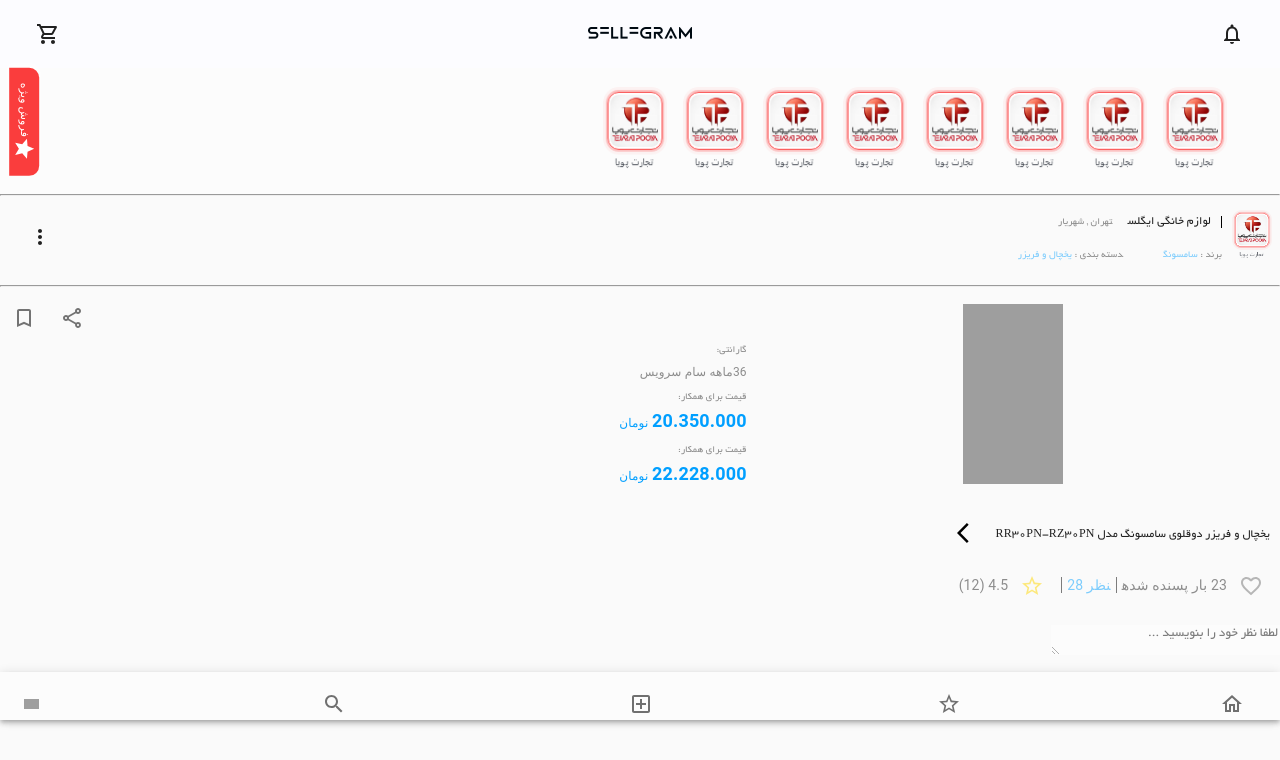
Repository: sadegh1379/selegram
Page: /
These files come from the project's save history. The page is drawn as it stood at one moment and after the next save; the edit follows.
The browser window is 1280 px wide. The pictures show the whole page.
Pictures or frames that could not be fetched are drawn as grey boxes. The project was rebuilt for these pictures with package versions that can differ from the ones it lists, and the page was loaded fresh each time. Also part of the build but not shown: src/components/login/Login.js, src/components/login/LoginOne.js, src/components/login/LoginThree.js.

Above is the page before, as saved 2020-09-09 16:32:52.

### public/index.html
<!DOCTYPE html>
<html lang="en">
  <head>
    <meta charset="utf-8" />
    <link rel="icon" href="%PUBLIC_URL%/favicon.ico" />
    <meta
      name="viewport"
      content="minimum-scale=1, initial-scale=1, width=device-width"
    />
    <meta name="theme-color" content="#000000" />
    <meta
      name="description"
      content="Web site created using create-react-app"
    />
    <link rel="apple-touch-icon" href="%PUBLIC_URL%/logo192.png" />
    <!--
      manifest.json provides metadata used when your web app is installed on a
      user's mobile device or desktop. See https://developers.google.com/web/fundamentals/web-app-manifest/
    -->
    <link rel="manifest" href="%PUBLIC_URL%/manifest.json" />
    <!--
      Notice the use of %PUBLIC_URL% in the tags above.
      It will be replaced with the URL of the `public` folder during the build.
      Only files inside the `public` folder can be referenced from the HTML.

      Unlike "/favicon.ico" or "favicon.ico", "%PUBLIC_URL%/favicon.ico" will
      work correctly both with client-side routing and a non-root public URL.
      Learn how to configure a non-root public URL by running `npm run build`.
    -->
    <title>React App</title>
  </head>
  <body dir="rtl">
    <noscript>You need to enable JavaScript to run this app.</noscript>
    <div id="root"></div>
    <!--
      This HTML file is a template.
      If you open it directly in the browser, you will see an empty page.

      You can add webfonts, meta tags, or analytics to this file.
      The build step will place the bundled scripts into the <body> tag.

      To begin the development, run `npm start` or `yarn start`.
      To create a production bundle, use `npm run build` or `yarn build`.
    -->
  </body>
</html>

### src/index.js
import React from 'react';
import ReactDOM from 'react-dom';
import App from './App';
import { createMuiTheme, ThemeProvider } from '@material-ui/core/styles';
import RTL from './RTL';
import {BrowserRouter as Router} from 'react-router-dom';
// import '../node_modules/bootstrap/dist/css/bootstrap.css';
import {DataProvider} from './context'

const theme = createMuiTheme({
  direction: 'rtl', // Both here and <body dir="rtl">
});

ReactDOM.render(
      <ThemeProvider theme={theme}>
                      <RTL>
                          <Router>
                              <DataProvider>
                                    <App />
                              </DataProvider>
                          </Router>
                      </RTL>
      </ThemeProvider>
  ,
  document.getElementById('root')
);

### src/App.js
import React from 'react';
import './App.css';
import {Switch , Route} from 'react-router-dom';

import Login from './components/login/Login';
import LoginOne from './components/login/LoginOne';
import LoginThree from './components/login/LoginThree';
import LoginFour from './components/body/LoginFour'

function App() {
  return (
    <div className="App">
      <Switch>
        <Route exact path="/login" component={(props)=><Login {...props}/>} />
        <Route exact path="/login-1" component={(props)=><LoginOne {...props}/>} />
        <Route exact path="/login-3" component={(props)=><LoginThree {...props}/>} />
        <Route exact path="/" component={(props)=><LoginFour {...props}/>} />
      </Switch>
    </div>
  );
}

export default App;

### src/RTL.js
import React from 'react'
import { create } from 'jss';
import rtl from 'jss-rtl';
import { StylesProvider, jssPreset } from '@material-ui/core/styles';

// Configure JSS
const jss = create({ plugins: [...jssPreset().plugins, rtl()] });

function RTL(props) {
  return (
    <StylesProvider jss={jss}>
      {props.children}
    </StylesProvider>
  );
}

export default RTL;

### src/context.js
import React , {createContext ,Component}  from 'react';

const context = createContext()

 class DataProvider extends Component {
    constructor(props){
        super(props);

        this.state={
            kala:[{
                name:'sadegh',
                img:'./img/kala.png'
            },
            {
                name:'sadegh',
                img:'./img/kala.png'
            },
            {
                name:'sadegh',
                img:'./img/kala.png'
            },
            {
                name:'sadegh',
                img:'./img/kala.png'
            },
            {
                name:'sadegh',
                img:'./img/kala.png'
            },
            {
                name:'sadegh',
                img:'./img/kala.png'
            },
            {
                name:'sadegh',
                img:'./img/kala.png'
            },
            {
                name:'sadegh',
                img:'./img/kala.png'
            }
        ],
        select:'./img/ice.png'
        }
    }
    render() {
        return (
            <context.Provider value={{
                    ...this.state
            }}>
                {this.props.children}
            </context.Provider>
        )
    }
}

const DataConsumer = context.Consumer;

export { DataProvider , DataConsumer , context};

### src/App.css
@font-face {
    font-family: BYekan;
    src: url('./font/BYekan.ttf') , url('./font/BYekan.eot') , url('./font/BYekan.woff');
  }

html , body , #root{
    margin: 0px ;
    padding:0px;

}
.font-yekan{
    font-family: BYekan !important;
  }
label{
    color:#034DA2 !important;
    font-size: 14px;

    font-weight: small !important;

    margin-right: 10px;
    font-family: BYekan !important;
}

.color-text{
  color:#404D66
}

.no-scroll::-webkit-scrollbar{
  display: none;

}
.no-scroll{
  -ms-overflow-style: none ;
  scrollbar-width: none;
}

.lighblue{
  color:#009FFF;
}
.font-10-px{
  font-size: 10px;
}
.font-12-px{
  font-size: 12px;
}
.text-right{
  text-align: right;
}
.text-left{
  text-align: left;
}

.opacity{
  opacity: 0.5;

}

.money-color{
  color:#009FFF;
  font-size:18px;
  font-weight: bolder  ;
}

.toman-blue{
  font-size: 12px;
  color:#009FFF ;

}

### src/components/body/LoginFour.js
import React , {useContext} from 'react';
import Navbar from '../static/Navbar';
import Button from '@material-ui/core/Button';
import Grid from '@material-ui/core/Grid'
import {context} from '../../context';
import useStyles from './styles';
import StarIcon from '@material-ui/icons/Star';
import Menu from '@material-ui/core/Menu';
import MenuItem from '@material-ui/core/MenuItem';
import MoreVertIcon from '@material-ui/icons/MoreVert';
import BookmarkBorderIcon from '@material-ui/icons/BookmarkBorder';
import ShareOutlinedIcon from '@material-ui/icons/ShareOutlined';
import { IconButton } from '@material-ui/core';
import ArrowBackIosIcon from '@material-ui/icons/ArrowBackIos';
import FavoriteBorderOutlinedIcon from '@material-ui/icons/FavoriteBorderOutlined';
import BottomAppBar from '../static/BottomAppBar';
import StarBorderIcon from '@material-ui/icons/StarBorder';



function LoginFour() {
    const classes = useStyles();
    const [anchorEl, setAnchorEl] = React.useState(null);
    const [opinion , setOpinion] = React.useState('لطفا نظر خود را بنویسید ...');

    const data = useContext(context);
    console.log(data);

    // fordropdown---------

    const handleClick = (event) => {
        setAnchorEl(event.currentTarget);
      };

      const handleClose = () => {
        setAnchorEl(null);
      };

      //-------------------

    return (
        <React.Fragment>
            <Navbar/>
             <Grid className={classes.loginFour}>

                    <Grid className={classes.carouselContainer}>
                        <ul className="no-scroll" style={{display:'flex' , overflow:'scroll' , listStyle:'none' }}>
                            <span className={classes.ulf}>
                                <StarIcon/>
                                    فروش ویژه
                            </span>
                            {data.kala.map((item , i)=>{
                                return(
                                    <li style={{margin:'0px 8px' }} key={i}>
                                        <img style={{width:'64px' , height:'83px'}}  src={item.img} alt=""/>


                                    </li>
                                )
                            })
                            }
                        </ul>
                    </Grid><hr style={{margin:'0px auto'}}/>

                    {/* information component */}

                    <Grid className={classes.informationGrid}>
                        <Grid item ><img alt="img" style={{width:'40px'}} src={data.kala[2].img}/></Grid>
                        <Grid item  className={classes.informationText}>
                            <span className="font-yekan font-12-px" style={{borderRight:'1px solid black' , paddingRight:'10px' }}>لوازم خانگی  ایگلس</span>
                            <span className="font-yekan  font-10-px" style={{marginRight:'15px' , opacity:'0.5'}}>تهران , شهریار</span><br/>
                            <span className="font-yekan font-10-px" style={{opacity:'0.5'}}>برند  :  <span className="lighblue">سامسونگ</span></span>
                            <span className="font-yekan font-10-px" style={{opacity:'0.5', marginRight:'40px'}}>دسته بندی  : <span className="lighblue">یخچال و فریزر</span></span>
                        </Grid>
                        <Grid item>
                            <div>
                                <Button aria-controls="simple-menu" aria-haspopup="true" onClick={handleClick}>
                                    <MoreVertIcon/>
                                </Button>
                                <Menu
                                    id="simple-menu"
                                    anchorEl={anchorEl}
                                    keepMounted
                                    open={Boolean(anchorEl)}
                                    onClose={handleClose}
                                >
                                    <MenuItem onClick={handleClose}>Profile</MenuItem>
                                    <MenuItem onClick={handleClose}>My account</MenuItem>
                                    <MenuItem onClick={handleClose}>Logout</MenuItem>
                                </Menu>
                            </div>
                        </Grid>
                    </Grid><hr/>
                    {/* body */}
                    <Grid className={classes.body}>
                        <Grid className={classes.bodyImg} item md={5} sm={5} xs={5}>
                            <img style={{width:'100px' , height:'180px' ,imageResolution:'from-image'}} src={data.select} alt=""/>
                        </Grid>
                        <Grid item md={7} sm={7} xs={7}>
                            <div  className="text-left">
                                <IconButton>
                                    <ShareOutlinedIcon/>
                                </IconButton>
                                <IconButton>
                                    <BookmarkBorderIcon/>
                                </IconButton>

                            </div>
                            <div  style={{lineHeight:'10px'}}>
                                    <span className="font-10-px opacity font-yekan">گارانتی:</span><p className="font-12-px opacity">36ماهه سام سرویس</p>
                                    <span className="font-10-px opacity font-yekan">قیمت برای همکار:</span><p ><span className="money-color">20.350.000</span> <span className="toman-blue">نومان</span> </p>
                                    <span className="font-10-px opacity font-yekan">قیمت برای همکار:</span><p ><span className="money-color">22.228.000</span> <span className="toman-blue">نومان</span> </p>

                            </div>

                        </Grid>
                    </Grid>

                    <Grid className={classes.getArrow}>
                        <span className="font-12-px font-yekan"> یخچال و فریزر دوقلوی سامسونگ مدل RR30PN-RZ30PN </span>
                        <IconButton >
                                <ArrowBackIosIcon className={classes.color_black}/>
                        </IconButton>
                    </Grid>
                    {/* liked */}
                    <Grid className={classes.liked}>
                                <IconButton> <FavoriteBorderOutlinedIcon/></IconButton>
                                <span>23 بار پسنده شده</span>
                                <span style={{borderLeft:'1px solid black' , margin:'0 5px'}}></span>
                                <span className="lighblue lightblue">نظر 28</span>
                                <span style={{borderLeft:'1px solid black' , margin:'0 5px'}}></span>
                                <IconButton><StarBorderIcon className={classes.goldstar}/></IconButton>
                                <span>4.5 (12)</span>

                    </Grid>
                    {/* Opinion */}
                    <Grid>
                    <form style={{width:'100%' , marginTop:'10px'}}  autoComplete="off">
                        <textarea style={{border:'0px'}} onChange={(e)=>setOpinion(e.target.value)} value={opinion} className="font-yekan opacity"  id="" cols="30" rows="2"></textarea>

                    </form>
                    </Grid>



            {/* bottom app bar */}
            <BottomAppBar img={data.select}/>
        </Grid>
    </React.Fragment>
    )
}

export default LoginFour

### src/components/static/Navbar.js
import React from 'react';
import Grid from '@material-ui/core/Grid';
import useStyles from './styles';
import ShoppingCartOutlinedIcon from '@material-ui/icons/ShoppingCartOutlined';
import NotificationsOutlinedIcon from '@material-ui/icons/NotificationsOutlined';
import Button from '@material-ui/core/Button';
import logo from './img/navlogo.png'

function Navbar() {
    const classes = useStyles();
    return (
      <Grid  className={classes.navContainer}>
          <Grid>
              <Button>
                <NotificationsOutlinedIcon/>
              </Button>
          </Grid>
          <Grid className={classes.navlogo}>
              <img style={{width:'50%'}} src={logo} alt="selegram"/>
          </Grid>
          <Grid>
                <Button>
                <ShoppingCartOutlinedIcon/>
                </Button>
          </Grid>
      </Grid>
    )
}

export default Navbar

### src/components/body/styles.js
import { makeStyles } from '@material-ui/core/styles';

const useStyles = makeStyles((theme) => ({
    loginFour:{
        marginBottom:'100px',
    }
    ,
    carouselContainer:{
        backgroundColor:'#FCFCFC',
        padding:'5px'
    },
    ulf:{
        backgroundColor:'#FA3D3D',
        position:'absolute',
        left:'-30px',
        marginTop:'20px',
        padding:'15px',
        // marginLeft:'0px',
        width:'100  px',
        height:'10px',
        transform:'rotateZ(-270deg)',
        display:'flex',
        alignItems:'center',
        justifyContent:'space-between',
        fontSize:'11px',
        color:'#FFFFFF',
        borderRadius:'10px 10px 0 0',
        boxShadow:'-3px 0px 6px'
    },
    informationGrid:{
            display:'flex',
            justifyContent:'space-between',
            padding:'8px',
            alignItems:'center'
    },
    informationText :{
        lineHeight:'30px',
        width:'100%',
        margin:'0 10px',
        padding:'0px'
    },
    body:{
        // backgroundColor:'gold',
        display:'flex'
    },
    bodyImg:{
        width:'100%',
        overflow:'hidden',
        padding:'10px',
        textAlign:'center'
    },
    getArrow:{
        padding:'10px'
    },
    color_black : {
        color:'black'
      },
    liked:{

        display:'felx'
        ,alignItems:'center',
        padding:'5px',
        marginTop:'-10px',
        opacity:'0.5'
    },
    goldstar:{
        color:'gold',

    },

}))


export default useStyles;

### src/components/static/BottomAppBar.js
import React from 'react';
import { makeStyles } from '@material-ui/core/styles';
import AppBar from '@material-ui/core/AppBar';
import CssBaseline from '@material-ui/core/CssBaseline';
import Toolbar from '@material-ui/core/Toolbar';
import IconButton from '@material-ui/core/IconButton';
import AddBoxOutlinedIcon from '@material-ui/icons/AddBoxOutlined';
import SearchIcon from '@material-ui/icons/Search';
import StarBorderOutlinedIcon from '@material-ui/icons/StarBorderOutlined';
import HomeOutlinedIcon from '@material-ui/icons/HomeOutlined';

const useStyles = makeStyles((theme) => ({




  appBar: {
    top: 'auto',
    bottom: 0,
    height:'48px',
    backgroundColor:'#FCFCFC'
  },
  grow: {
    flexGrow: 1,
  },

  toolBar:{
    display:'flex',
    justifyContent:'space-between',
    alignItems:'center'
  },
  icons:{

    color:'#707070'
  }
}));

export default function BottomAppBar(props) {
  const classes = useStyles();

  return (
    <React.Fragment>
      <CssBaseline />

      <AppBar position="fixed" color="default" className={classes.appBar}>
        <Toolbar className={classes.toolBar}>
          <IconButton edge="start" color="inherit" aria-label="open drawer">
            <HomeOutlinedIcon className={classes.icons} />
          </IconButton>
          <IconButton edge="end" color="inherit">
            <StarBorderOutlinedIcon className={classes.icons}/>
          </IconButton>
          <IconButton color="inherit">
            <AddBoxOutlinedIcon className={classes.icons}/>
          </IconButton>
          <IconButton color="inherit">
            <SearchIcon className={classes.icons}/>
          </IconButton>
          <IconButton edge="start" color="inherit" aria-label="open drawer">
            <img style={{width:'14.6px'}} src={props.img} alt=""/>
          </IconButton>
        </Toolbar>
      </AppBar>
    </React.Fragment>
  );
}

### src/components/static/styles.js
import { makeStyles } from '@material-ui/core/styles';

const useStyles = makeStyles((theme) => ({
    navContainer:{
        display:'flex',
        justifyContent:'space-between',
        backgroundColor:'#FCFCFF',
        padding:'16px',
        opacity:'100%',
        alignItems:'center'
    },
    navlogo:{
        textAlign:'center'
    }
}))


export default useStyles;

After the next save:
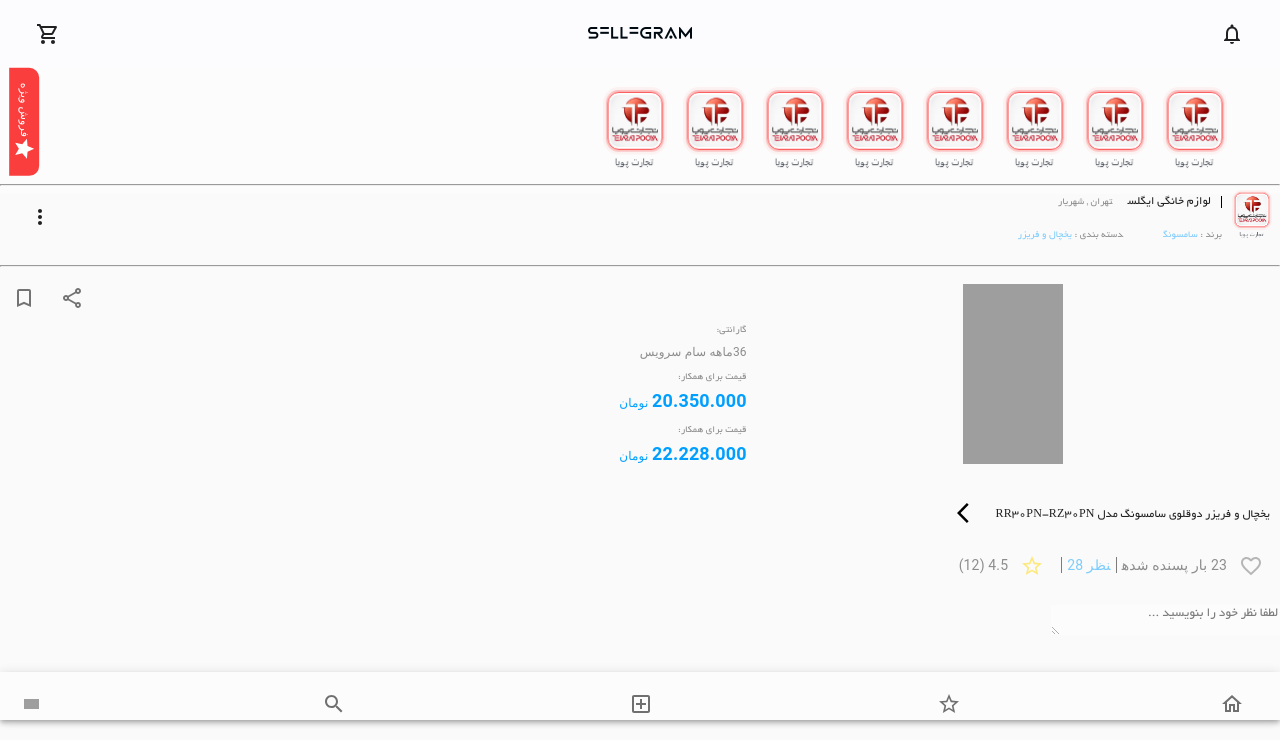
Saved 9 s later.
--- a/src/components/body/LoginFour.js
+++ b/src/components/body/LoginFour.js
@@ -60,7 +60,7 @@
                             })
                             }
                         </ul>
-                    </Grid><hr style={{margin:'0px auto'}}/>
+                    </Grid><hr style={{margin:'-10px auto'}}/>
 
                     {/* information component */}
 
